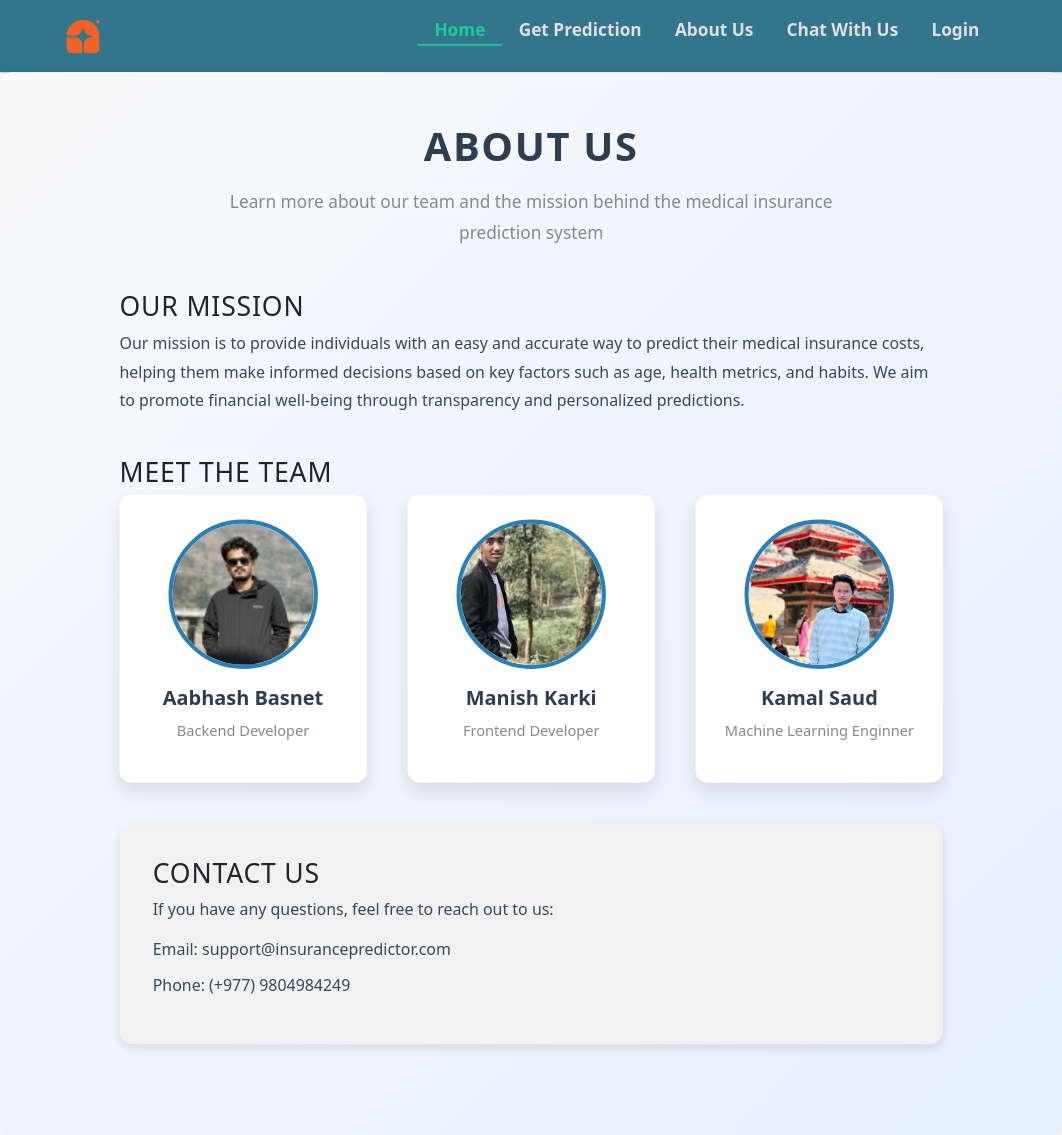
Repository: aabhashbasnet/MedicalInsuranceCostPredictionSystem
Page: /about-us (app in frontend/)
The author's editor kept a copy of each file at every save. The page is drawn from the files as they stood at one save, then again after the next save.
The browser window is 1280 px wide. The pictures show the whole page, at 83% of full size.
The project was rebuilt for these pictures with package versions that can differ from the ones it lists, and the page was loaded fresh each time. Also part of the build but not shown: frontend/src/pages/Home.js, frontend/src/pages/GetPrediction.css, frontend/src/pages/GetPrediction.js, frontend/src/pages/ChatBot.js, frontend/src/pages/Login.js, frontend/src/pages/Signup.js.

Above is the page before, as saved 2025-01-23 16:18:34.

### frontend/public/index.html
<!DOCTYPE html>
<html lang="en">
  <head>
    <meta charset="utf-8" />
    <link rel="icon" href="%PUBLIC_URL%/favicon.ico" />
    <meta name="viewport" content="width=device-width, initial-scale=1" />
    <meta name="theme-color" content="#000000" />
    <meta
      name="description"
      content="Web site created using create-react-app"
    />
    <link rel="apple-touch-icon" href="%PUBLIC_URL%/logo192.png" />
    <!--
      manifest.json provides metadata used when your web app is installed on a
      user's mobile device or desktop. See https://developers.google.com/web/fundamentals/web-app-manifest/
    -->
    <link rel="manifest" href="%PUBLIC_URL%/manifest.json" />
    <!--
      Notice the use of %PUBLIC_URL% in the tags above.
      It will be replaced with the URL of the `public` folder during the build.
      Only files inside the `public` folder can be referenced from the HTML.

      Unlike "/favicon.ico" or "favicon.ico", "%PUBLIC_URL%/favicon.ico" will
      work correctly both with client-side routing and a non-root public URL.
      Learn how to configure a non-root public URL by running `npm run build`.
    -->
    <title>React App</title>
    <link
      rel="stylesheet"
      href="https://cdnjs.cloudflare.com/ajax/libs/font-awesome/6.7.1/css/all.min.css"
      integrity="sha512-5Hs3dF2AEPkpNAR7UiOHba+lRSJNeM2ECkwxUIxC1Q/FLycGTbNapWXB4tP889k5T5Ju8fs4b1P5z/iB4nMfSQ=="
      crossorigin="anonymous"
      referrerpolicy="no-referrer"
    />
  </head>
  <body>
    <noscript>You need to enable JavaScript to run this app.</noscript>
    <div id="root"></div>
    <!--
      This HTML file is a template.
      If you open it directly in the browser, you will see an empty page.

      You can add webfonts, meta tags, or analytics to this file.
      The build step will place the bundled scripts into the <body> tag.

      To begin the development, run `npm start` or `yarn start`.
      To create a production bundle, use `npm run build` or `yarn build`.
    -->
  </body>
</html>

### frontend/src/index.css
*{
  margin: 0;
  padding: 0;
  box-sizing: border-box;
}
body {
  font-family: -apple-system, BlinkMacSystemFont, 'Segoe UI', 'Roboto', 'Oxygen',
    'Ubuntu', 'Cantarell', 'Fira Sans', 'Droid Sans', 'Helvetica Neue',
    sans-serif;
  -webkit-font-smoothing: antialiased;
  -moz-osx-font-smoothing: grayscale;
}

code {
  font-family: source-code-pro, Menlo, Monaco, Consolas, 'Courier New',
    monospace;
}

### frontend/src/App.js
import React from "react";
import { BrowserRouter as Router, Route, Routes } from "react-router-dom";
import Navbar from "./components/Navbar";
import Home from "./pages/Home";
import GetPrediction from "./pages/GetPrediction";
import AboutUs from "./pages/AboutUs";
import ChatWithUs from "./pages/ChatBot";
import Login from "./pages/Login";
import Signup from "./pages/Signup";

function App() {
  return (
    <Router>
      <Navbar />
      <Routes>
        <Route path="/" element={<Home />} />
        <Route path="/get-prediction" element={<GetPrediction />} />
        <Route path="/about-us" element={<AboutUs />} />
        <Route path="/chat-with-us" element={<ChatWithUs />} />
        <Route path="/login" element={<Login />} />
        <Route path="/signup" element={<Signup />} />
      </Routes>
    </Router>
  );
}

export default App;

### frontend/src/components/Navbar.js
import React, { Component } from "react";
import { Link } from "react-router-dom"; // Make sure this import is present
import logo from './logo.svg';
import './NavbarStyles.css';

class Navbar extends Component {
    state = { clicked: false };

    handleClick = () => {
        this.setState({ clicked: !this.state.clicked });
    };

    render() {
        return (
            <>
                <nav>
                    <Link to="/">
                        <img src={logo} alt="Logo" />
                    </Link>

                    <div>
                        <ul id="navbar" className={this.state.clicked ? "#navbar active" : "#navbar"}>
                            <li><Link className="active" to="/">Home</Link></li>
                            <li><Link to="/get-prediction">Get Prediction</Link></li>
                            <li><Link to="/about-us">About Us</Link></li>
                            <li><Link to="/chat-with-us">Chat With Us</Link></li>
                            <li><Link to="/Login">Login</Link></li>
                        </ul>
                    </div>

                    <div id="mobile" onClick={this.handleClick}>
                        <i id="bar" className={this.state.clicked ? 'fas fa-times' : 'fas fa-bars'}></i>
                    </div>
                </nav>
            </>
        );
    }
}

export default Navbar;

### frontend/src/pages/AboutUs.js
import React from 'react';
import './AboutUs.css';
import AabhashImage from '../assets/Aabhash.jpg';
import KamalImage from '../assets/Kamal.jpg';
import ManishImage from '../assets/Manish.jpg';
function AboutUs() {
    return (
        <div className="about-us-container">
            <div className="about-header">
                <h1>About Us</h1>
                <p>Learn more about our team and the mission behind the medical insurance prediction system</p>
            </div>

            <div className="about-content">
                <div className="about-section">
                    <h2>Our Mission</h2>
                    <p>
                        Our mission is to provide individuals with an easy and accurate way to predict their medical insurance
                        costs, helping them make informed decisions based on key factors such as age, health metrics, and habits.
                        We aim to promote financial well-being through transparency and personalized predictions.
                    </p>
                </div>

                <div className="team-section">
                    <h2>Meet the Team</h2>
                    <div className="team-members">
                        <div className="team-member">
                            <img src={AabhashImage} alt="Team member 1" />
                            <h3>Aabhash Basnet</h3>
                            <p>Backend Developer</p>
                        </div>
                        <div className="team-member">
                            <img src={ManishImage} alt="Team member 2" />
                            <h3>Manish Karki</h3>
                            <p>Frontend Developer</p>
                        </div>
                        <div className="team-member">
                            <img src={KamalImage} alt="Team member 3" />
                            <h3>Kamal Saud</h3>
                            <p>Machine Learning Enginner</p>
                        </div>
                    </div>
                </div>

                <div className="contact-section">
                    <h2>Contact Us</h2>
                    <p>If you have any questions, feel free to reach out to us:</p>
                    <ul>
                        <li>Email: support@insurancepredictor.com</li>
                        <li>Phone: (+977) 9804984249</li>
                    </ul>
                </div>
            </div>
        </div>
    );
}

export default AboutUs;

### frontend/src/components/NavbarStyles.css
nav {
    display: flex;
    align-items: center;
    justify-content: space-between;
    background-color: #33758a; /* Soft blackish tone */
    padding: 20px 80px;
    box-shadow: 0px 5px 15px rgba(0, 0, 0, 0.1); /* Subtle shadow */
}

#navbar {
    display: flex;
    align-items: center;
    justify-content: center;
}

#navbar li {
    list-style: none;
    padding: 0 20px;
    position: relative;
}

#navbar li a {
    text-decoration: none;
    font-size: 1.3rem;
    font-weight: 600;
    color: #e0e0e0; /* Light gray text */
    transition: color 0.3s ease-in-out, transform 0.2s ease-in-out;
}

#navbar li a:hover,
#navbar li a.active {
    color: #17cf97; /* Vibrant green */
    transform: scale(1.05); /* Slight zoom on hover */
}

#navbar li a:hover::after,
#navbar li a.active::after {
    content: "";
    width: 100%; /* Full width for the underline */
    height: 2px;
    background-color: #17cf97; /* Vibrant green */
    position: absolute;
    bottom: -4px;
    left: 0; /* Align to the left */
    transition: width 0.3s ease-in-out;
}

/* Mobile menu icon style */
#mobile i {
    color: #e0e0e0; /* Light gray */
}

#mobile {
    display: none;
}

/* Responsive Navigation */
@media screen and (max-width: 769px) {
    #navbar {
        display: flex;
        flex-direction: column;
        align-items: flex-start;
        justify-content: flex-start;
        position: fixed;
        top: 84px;
        right: -300px;
        width: 300px;
        height: 100vh;
        background-color: #3a3a3a; /* Darker gray */
        box-shadow: 0 40px 60px rgba(0, 0, 0, 0.1); /* Subtle shadow */
        padding: 40px 10px 0 20px;
        transition: right 0.3s ease-in-out;
    }

    #navbar.active {
        right: 0px;
    }

    #navbar li {
        margin-bottom: 25px;
    }

    #mobile i {
        font-size: 24px;
        cursor: pointer;
    }

    #mobile {
        display: block;
    }
}

### frontend/src/pages/Home.css
/* HomeStyles.css */
body {
    margin: 0;
    font-family: 'Arial', sans-serif;
    color: #333;
}

.home-container {
    width: 100%;
    margin: 0 auto;
    overflow: hidden;
}

/* Hero Section */
.hero-section {
    background: linear-gradient(135deg, #84c5fc, #d9e4fd);
    color: white;
    padding: 60px 20px;
    text-align: center;
}

.hero-section h1 {
    font-size: 3rem;
    margin-bottom: 20px;
}

.hero-section p {
    font-size: 1.2rem;
    margin-bottom: 30px;
}

.btn-primary {
    background-color: #ffc107;
    color: #333;
    padding: 15px 30px;
    border-radius: 5px;
    text-decoration: none;
    font-weight: bold;
    transition: background-color 0.3s;
}

.btn-primary:hover {
    background-color: #ff9800;
}

/* Features Section */
.features-section {
    background-color: #f4f4f9;
    padding: 50px 20px;
    text-align: center;
}

.features-section h2 {
    margin-bottom: 30px;
    font-size: 2.5rem;
    color: #007bff;
}

.features-container {
    display: flex;
    flex-wrap: wrap;
    gap: 20px;
    justify-content: center;
}

.feature-card {
    background: white;
    border-radius: 10px;
    box-shadow: 0 4px 8px rgba(0, 0, 0, 0.1);
    padding: 20px;
    width: 250px;
    text-align: center;
}

.feature-icon {
    font-size: 2.5rem;
    color: #007bff;
    margin-bottom: 15px;
}

.feature-card h3 {
    margin-bottom: 10px;
    color: #333;
}

/* Steps Section */
.steps-section {
    padding: 50px 20px;
    text-align: center;
    background: #e3f2fd;
}

.steps-container {
    display: flex;
    justify-content: center;
    gap: 20px;
}

.step {
    background: white;
    border-radius: 10px;
    box-shadow: 0 4px 8px rgba(0, 0, 0, 0.1);
    padding: 20px;
    width: 200px;
}

.step-number {
    display: inline-block;
    width: 40px;
    height: 40px;
    line-height: 40px;
    background: #007bff;
    color: white;
    font-size: 1.5rem;
    border-radius: 50%;
    margin-bottom: 15px;
}

/* Call-to-Action */
.cta-section {
    background: linear-gradient(135deg, #84c5fc, #d9e4fd); /* Light blue gradient */
    color: white;
    text-align: center;
    padding: 50px 20px;
}

.cta-section p {
    margin-bottom: 20px;
}

.cta-section .btn-primary {
    background-color: #ffc107;
    color: #333;
}

/* Footer */
.home-footer {
    text-align: center;
    padding: 20px;
    background: #f4f4f9;
    color: #666;
    font-size: 0.9rem;
}

### frontend/src/pages/AboutUs.css
.about-us-container {
    padding: 60px 20px;
    background: linear-gradient(135deg, #f9f9f9, #e4efff); /* Light gradient background */
    display: flex;
    flex-direction: column;
    align-items: center;
    box-shadow: 0 5px 15px rgba(0, 0, 0, 0.1);
    border-radius: 15px;
}

.about-header {
    text-align: center;
    margin-bottom: 50px;
}

.about-header h1 {
    font-size: 3rem;
    font-weight: bold;
    color: #2c3e50;
    text-transform: uppercase;
    letter-spacing: 2px;
    margin-bottom: 20px;
}

.about-header p {
    font-size: 1.3rem;
    color: #7f8c8d;
    line-height: 1.8;
    max-width: 800px;
    margin: 0 auto;
}

.about-content {
    width: 80%;
    max-width: 1200px;
    margin: 0 auto;
}

.about-section,
.team-section,
.contact-section {
    margin-bottom: 50px;
}

h2 {
    font-size: 2.5rem;
    color: #2980b9; /* Accent blue */
    margin-bottom: 20px;
    text-transform: uppercase;
    font-weight: 600;
    letter-spacing: 1px;
}

p {
    font-size: 1.2rem;
    color: #34495e;
    line-height: 1.8;
    margin-bottom: 30px;
}

.team-members {
    display: flex;
    justify-content: space-between;
    gap: 30px;
    flex-wrap: wrap;
}

.team-member {
    width: 30%;
    text-align: center;
    padding: 30px;
    background: #ffffff;
    border-radius: 15px;
    box-shadow: 0 10px 20px rgba(0, 0, 0, 0.1);
    transition: transform 0.3s ease, box-shadow 0.3s ease;
}

.team-member:hover {
    transform: translateY(-10px);
    box-shadow: 0 20px 30px rgba(0, 0, 0, 0.15);
}

.team-member img {
    width: 180px;
    height: 180px;
    border-radius: 50%;
    object-fit: cover;
    margin-bottom: 20px;
    border: 5px solid #2980b9; /* Accent border */
    transition: transform 0.3s ease;
}

.team-member img:hover {
    transform: scale(1.1);
}

.team-member h3 {
    font-size: 1.5rem;
    color: #2c3e50;
    font-weight: 600;
    margin-bottom: 10px;
}

.team-member p {
    font-size: 1.1rem;
    color: #7f8c8d;
}

.contact-section {
    background-color: #f1f1f1;
    padding: 40px;
    border-radius: 15px;
    box-shadow: 0 5px 10px rgba(0, 0, 0, 0.1);
}

.contact-section h3 {
    font-size: 2rem;
    color: #2980b9;
    margin-bottom: 20px;
}

.contact-section ul {
    list-style-type: none;
    padding: 0;
}

.contact-section li {
    font-size: 1.2rem;
    color: #34495e;
    margin-bottom: 15px;
}

@media (max-width: 768px) {
    .team-member {
        width: 100%;
        margin-bottom: 20px;
    }

    .about-header h1 {
        font-size: 2.5rem;
    }

    .about-content {
        width: 100%;
        padding: 0 20px;
    }

    .contact-section {
        padding: 30px;
    }
}

### frontend/src/pages/ChatBot.css
.chatbot-container {
    max-width: 600px;
    margin: 20px auto;
    padding: 20px;
    border: 2px solid #ccc;
    border-radius: 10px;
    background-color: #f9f9f9;
    box-shadow: 0 4px 8px rgba(0, 0, 0, 0.1);
    font-family: Arial, sans-serif;
}

h1 {
    text-align: center;
    color: #333;
}

.chatbox {
    display: flex;
    flex-direction: column;
    align-items: center;
}

.chat-input {
    width: 100%;
    height: 100px;
    margin-bottom: 10px;
    padding: 10px;
    border: 1px solid #ccc;
    border-radius: 5px;
    font-size: 16px;
    resize: none;
}

.send-button {
    padding: 10px 20px;
    background-color: #007bff;
    color: white;
    border: none;
    border-radius: 5px;
    font-size: 16px;
    cursor: pointer;
    transition: background-color 0.3s ease;
}

.send-button:hover {
    background-color: #0056b3;
}

.response-container {
    margin-top: 20px;
    padding: 10px;
    border: 1px solid #ccc;
    border-radius: 5px;
    background-color: #fff;
}

.error-text {
    color: red;
    font-weight: bold;
}

.chat-response {
    font-size: 16px;
    color: #333;
}

Loaded but not shown: frontend/src/index.js (common file); frontend/src/reportWebVitals.js (common file)

After the next save:
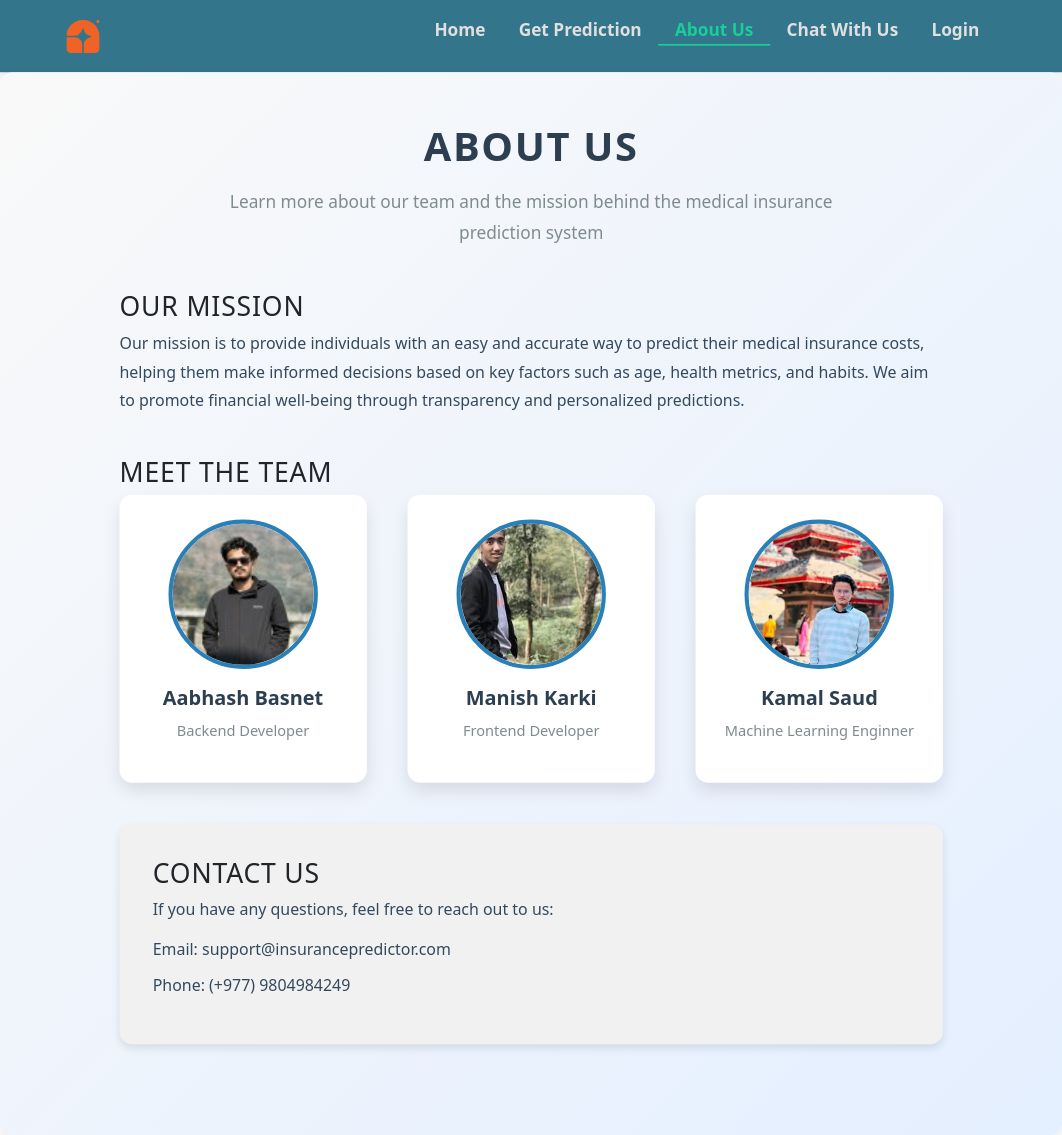
Saved 87 s later.
--- a/frontend/src/components/Navbar.js
+++ b/frontend/src/components/Navbar.js
@@ -1,5 +1,5 @@
 import React, { Component } from "react";
-import { Link } from "react-router-dom"; // Make sure this import is present
+import { NavLink } from "react-router-dom";  // Change Link to NavLink
 import logo from './logo.svg';
 import './NavbarStyles.css';
 
@@ -14,17 +14,53 @@ class Navbar extends Component {
         return (
             <>
                 <nav>
-                    <Link to="/">
+                    <NavLink to="/">
                         <img src={logo} alt="Logo" />
-                    </Link>
+                    </NavLink>
 
                     <div>
                         <ul id="navbar" className={this.state.clicked ? "#navbar active" : "#navbar"}>
-                            <li><Link className="active" to="/">Home</Link></li>
-                            <li><Link to="/get-prediction">Get Prediction</Link></li>
-                            <li><Link to="/about-us">About Us</Link></li>
-                            <li><Link to="/chat-with-us">Chat With Us</Link></li>
-                            <li><Link to="/Login">Login</Link></li>
+                            <li>
+                                <NavLink
+                                    to="/"
+                                    activeClassName="active" // Apply 'active' class when the route matches
+                                    exact
+                                >
+                                    Home
+                                </NavLink>
+                            </li>
+                            <li>
+                                <NavLink
+                                    to="/get-prediction"
+                                    activeClassName="active"
+                                >
+                                    Get Prediction
+                                </NavLink>
+                            </li>
+                            <li>
+                                <NavLink
+                                    to="/about-us"
+                                    activeClassName="active"
+                                >
+                                    About Us
+                                </NavLink>
+                            </li>
+                            <li>
+                                <NavLink
+                                    to="/chat-with-us"
+                                    activeClassName="active"
+                                >
+                                    Chat With Us
+                                </NavLink>
+                            </li>
+                            <li>
+                                <NavLink
+                                    to="/login"
+                                    activeClassName="active"
+                                >
+                                    Login
+                                </NavLink>
+                            </li>
                         </ul>
                     </div>
 
